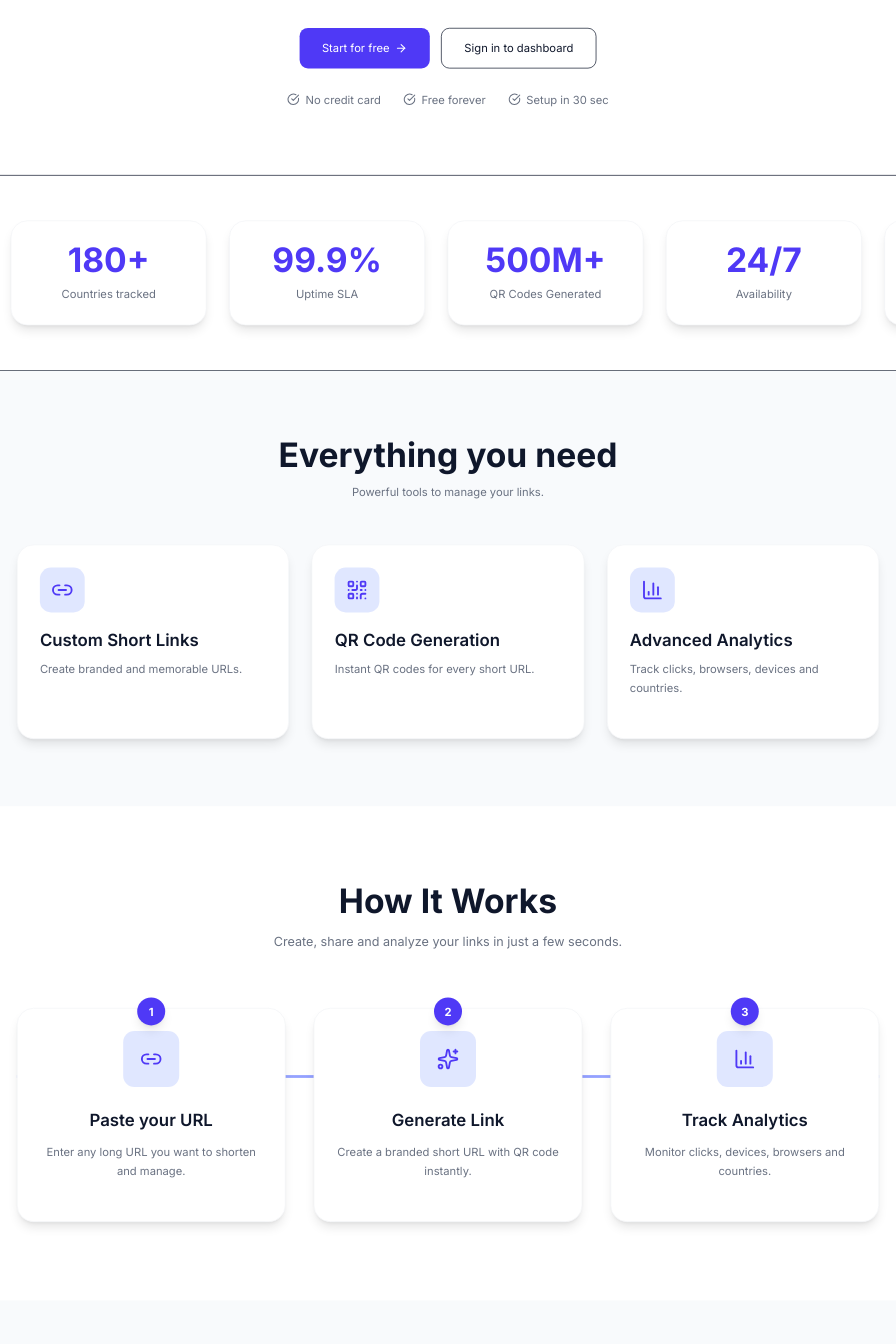
Repository: kiran2k5-ai/Url-Short
Page: / (app in url-shortener-frontend/)
The author's editor kept a copy of each file at every save. The page is drawn from the files as they stood at one save, then again after the next save.
The browser window is 1280 px wide. The pictures show the part of the page from y = 517 to 2437 px (the page is 4602 px tall before and 4624 px after), at 70% of full size.
The page's requests for data from a server got no answer. The project was rebuilt for these pictures with package versions that can differ from the ones it lists, and the page was loaded fresh each time. No one was signed in, and anything a server would have sent is missing. Also part of the build but not shown: url-shortener-frontend/vite.config.js, url-shortener-frontend/src/services/api.js, url-shortener-frontend/src/services/authService.js, url-shortener-frontend/src/pages/Login.jsx, url-shortener-frontend/src/pages/Signup.jsx, url-shortener-frontend/src/api.js, url-shortener-frontend/src/context/AuthContext.jsx, url-shortener-frontend/src/pages/Dashboard.jsx and 1 more.

Above is the page before, as saved 2026-06-03 15:38:31.

After the next save:
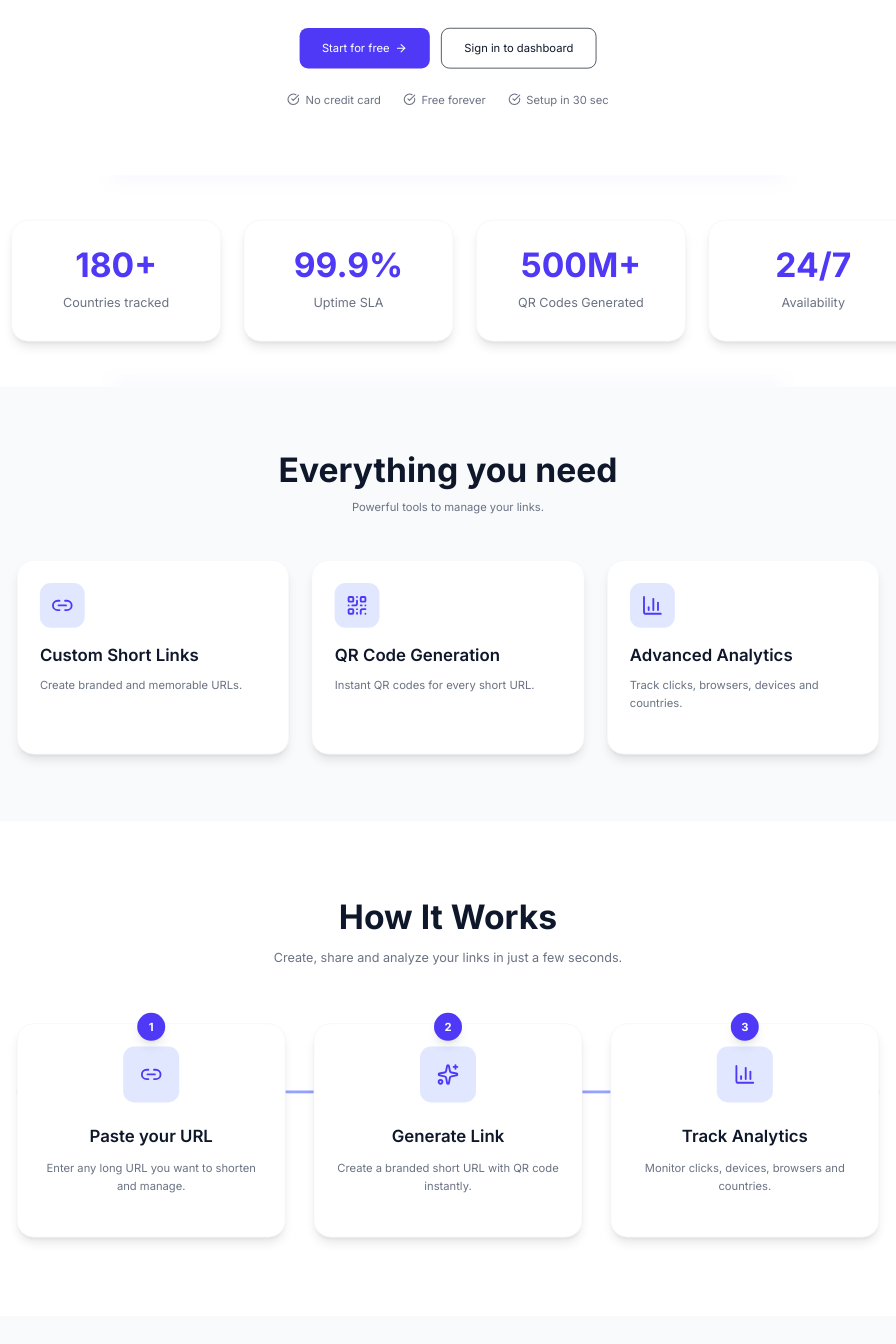
Saved 2 min 26 s later.
--- a/url-shortener-frontend/src/components/Stats.jsx
+++ b/url-shortener-frontend/src/components/Stats.jsx
@@ -12,7 +12,13 @@ function Stats() {
     ];
 
     return (
-        <section className="py-16 border-y overflow-hidden bg-white">
+        <section className="py-16 overflow-hidden bg-white relative">
+
+            {/* Top Glow Line */}
+            <div className="absolute top-0 left-1/2 -translate-x-1/2 w-3/4 h-[2px] bg-indigo-500/40 blur-md"></div>
+
+            {/* Bottom Glow Line */}
+            <div className="absolute bottom-0 left-1/2 -translate-x-1/2 w-3/4 h-[2px] bg-indigo-500/40 blur-md"></div>
 
             <motion.div
                 animate={{
@@ -20,7 +26,6 @@ function Stats() {
                 }}
                 transition={{
                     repeat: Infinity,
-                    repeatType: "loop",
                     duration: 20,
                     ease: "linear"
                 }}
@@ -32,17 +37,20 @@ function Stats() {
                     <motion.div
                         key={index}
                         whileHover={{
-                            scale: 1.08,
-                            y: -5
+                            scale: 1.05,
+                            y: -8
                         }}
-                        className="min-w-[280px] bg-white border border-gray-100 shadow-lg rounded-3xl p-8 text-center"
+                        transition={{
+                            duration: 0.3
+                        }}
+                        className="min-w-[300px] bg-white border border-gray-100 shadow-lg hover:shadow-2xl rounded-3xl p-10 text-center cursor-pointer"
                     >
 
                         <h2 className="text-5xl font-bold text-indigo-600">
                             {item[0]}
                         </h2>
 
-                        <p className="mt-3 text-gray-500">
+                        <p className="mt-4 text-lg text-gray-500">
                             {item[1]}
                         </p>
 
